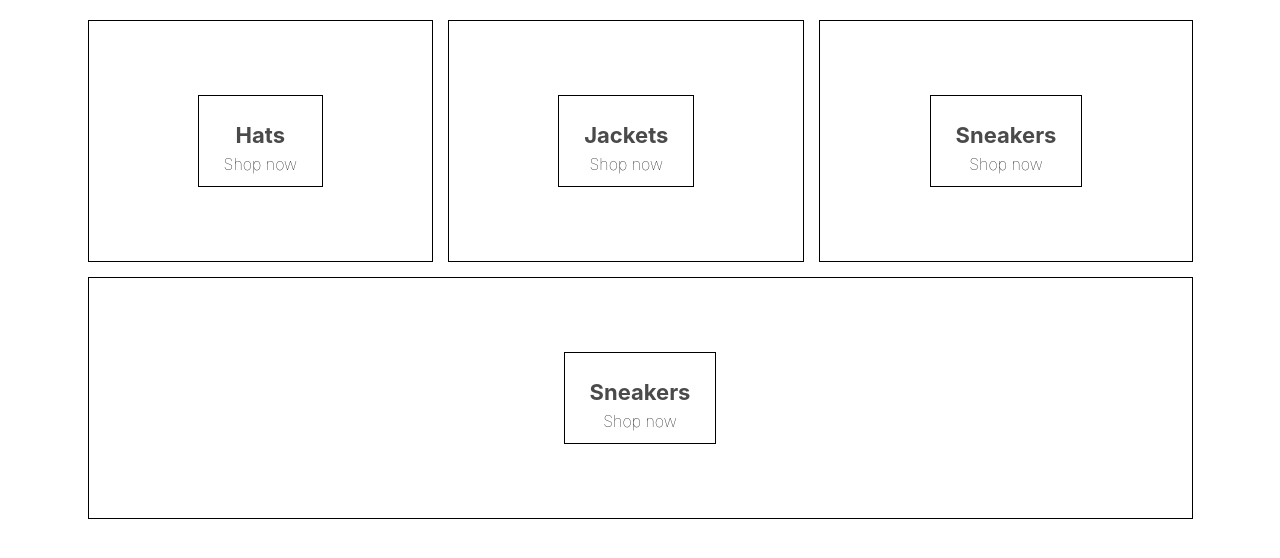
Repository: sbeaujard/train-react-crwn
Page: /
These files come from the project's save history. The page is drawn as it stood at one moment and after the next save; the edit follows.
The browser window is 1280 px wide. The pictures show the whole page.
The project was rebuilt for these pictures with package versions that can differ from the ones it lists, and the page was loaded fresh each time. Also part of the build but not shown: src/App.css.

Above is the page before, as saved 2021-01-08 09:52:22.

After the next save:
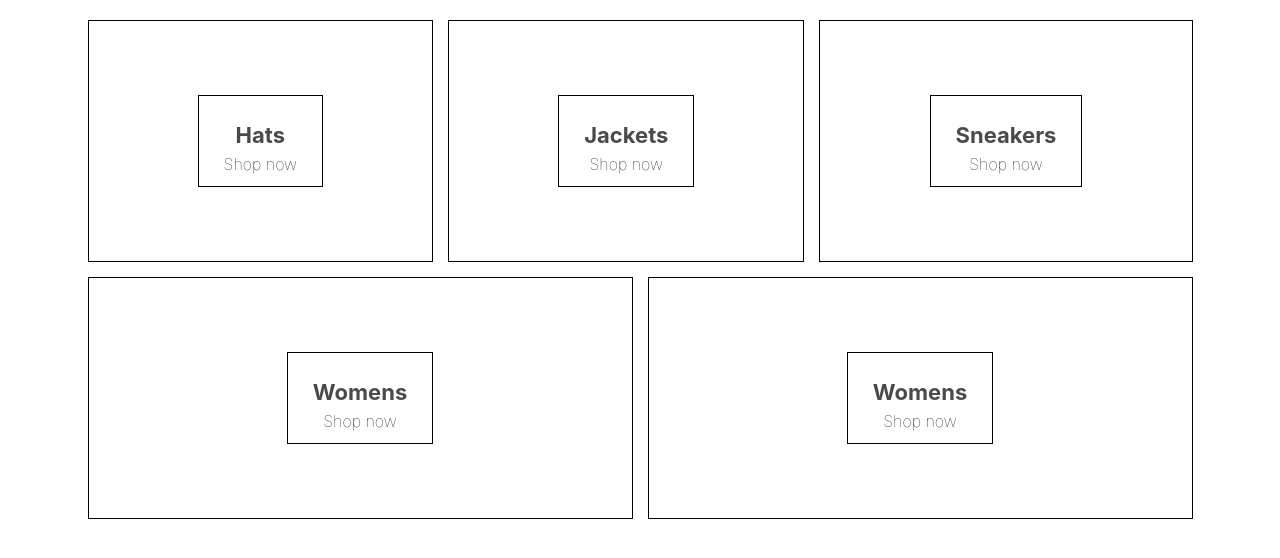
Saved 13 s later.
--- a/src/homepage.component.jsx
+++ b/src/homepage.component.jsx
@@ -23,7 +23,13 @@ const HomePage = () => (
             </div>
             <div className="menu-item">
                 <div className="content">
-                    <h1 className="title">Sneakers</h1>
+                    <h1 className="title">Womens</h1>
+                    <span className="subtitle">Shop now</span>
+                </div>
+            </div>
+            <div className="menu-item">
+                <div className="content">
+                    <h1 className="title">Womens</h1>
                     <span className="subtitle">Shop now</span>
                 </div>
             </div>
